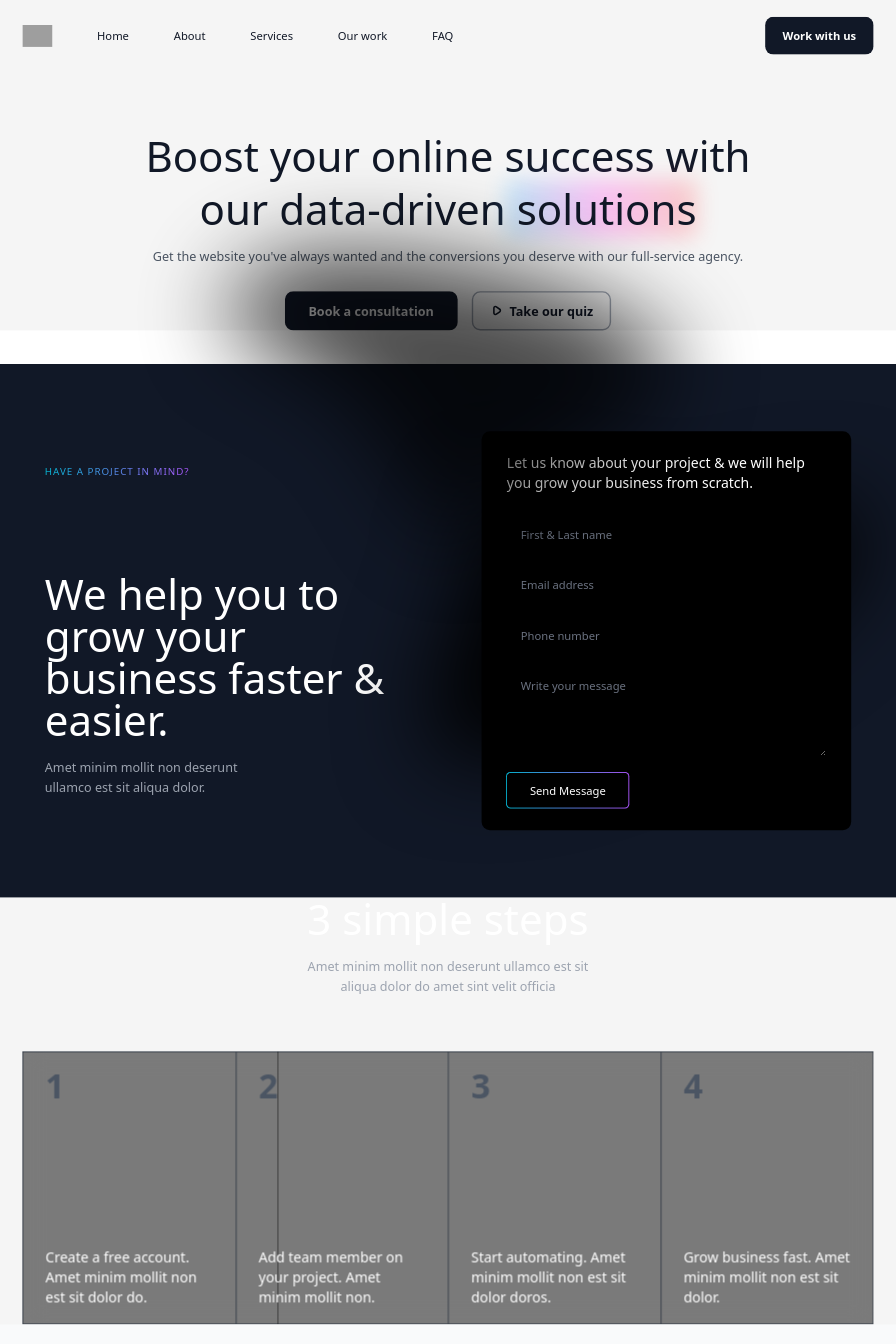
Repository: ornelasedward/mired_website
Page: /
The author's editor kept a copy of each file at every save. The page is drawn from the files as they stood at one save, then again after the next save.
The browser window is 1280 px wide. The pictures show the part of the page from y = 0 to 1920 px (the page is 5665 px tall before and 5693 px after), at 70% of full size.
Pictures or frames that could not be fetched are drawn as grey boxes. The project was rebuilt for these pictures with package versions that can differ from the ones it lists, and the page was loaded fresh each time. The framework's server and built-in components were replaced by stand-ins that run in the browser. Also part of the build but not shown: next.config.js.

Above is the page before, as saved 2023-03-28 07:05:11.

### app/layout.tsx
import "./globals.css";

export const metadata = {
  title: "Create Next App",
  description: "Generated by create next app",
};

export default function RootLayout({
  children,
}: {
  children: React.ReactNode;
}) {
  return (
    <html lang="en" className="bg-[#F5F5F5]">
      <body>{children}</body>
    </html>
  );
}

### app/page.tsx
import Header from "@/components/Header";
import Hero from "@/components/Hero";
import Services from "@/components/Services";
import CTA from "@/components/CTA";
import { Inter } from "next/font/google";
import Testimonial from "@/components/Testimonials";
import FAQ from "@/components/FAQ";
import Contact from "@/components/Contact";
import Footer from "@/components/Footer";

const inter = Inter({ subsets: ["latin"] });

export default function Home() {
  return (
    <main>
      <Hero />
      <Header />
      <Services />
      <CTA />
      <Testimonial />
      <FAQ />
      <Contact />
      <Footer />
    </main>
  );
}

### components/Hero.tsx
import Image from "next/image";
import Link from "next/link";

export default function Hero() {
  return (
    <div className="overflow-x-hidden">
      <header className="py-4 md:py-6" x-data="{expanded: false}">
        <div className="container px-4 mx-auto sm:px-6 lg:px-8">
          <div className="flex items-center justify-between">
            <div className="flex-shrink-0">
              <Link
                href="#"
                title=""
                className="flex rounded outline-none focus:ring-1 focus:ring-gray-900 focus:ring-offset-2"
              >
                <Image
                  className="w-auto h-8"
                  src="https://cdn.rareblocks.xyz/collection/clarity/images/logo.svg"
                  alt=""
                  width="100"
                  height="100"
                />
              </Link>
            </div>

            <div className="flex lg:hidden">
              <button type="button" className="text-gray-900">
                <span x-show="!expanded" aria-hidden="true">
                  <svg
                    className="w-7 h-7"
                    xmlns="http://www.w3.org/2000/svg"
                    fill="none"
                    viewBox="0 0 24 24"
                    stroke="currentColor"
                  >
                    <path
                      stroke-linecap="round"
                      stroke-linejoin="round"
                      stroke-width="1.5"
                      d="M4 6h16M4 12h16M4 18h16"
                    />
                  </svg>
                </span>

                <span x-show="expanded" aria-hidden="true">
                  <svg
                    className="w-7 h-7"
                    xmlns="http://www.w3.org/2000/svg"
                    fill="none"
                    viewBox="0 0 24 24"
                    stroke="currentColor"
                  >
                    <path
                      stroke-linecap="round"
                      stroke-linejoin="round"
                      stroke-width="2"
                      d="M6 18L18 6M6 6l12 12"
                    />
                  </svg>
                </span>
              </button>
            </div>

            <div className="hidden lg:flex lg:ml-16 lg:items-center lg:justify-center lg:space-x-10 xl:space-x-16">
              <Link
                href="#"
                title=""
                className="text-base font-medium text-gray-900 transition-all duration-200 rounded focus:outline-none font-pj hover:text-opacity-50 focus:ring-1 focus:ring-gray-900 focus:ring-offset-2"
              >
                Home
              </Link>

              <Link
                href="#"
                title=""
                className="text-base font-medium text-gray-900 transition-all duration-200 rounded focus:outline-none font-pj hover:text-opacity-50 focus:ring-1 focus:ring-gray-900 focus:ring-offset-2"
              >
                About
              </Link>

              <Link
                href="#"
                title=""
                className="text-base font-medium text-gray-900 transition-all duration-200 rounded focus:outline-none font-pj hover:text-opacity-50 focus:ring-1 focus:ring-gray-900 focus:ring-offset-2"
              >
                Services
              </Link>
              <Link
                href="#"
                title=""
                className="text-base font-medium text-gray-900 transition-all duration-200 rounded focus:outline-none font-pj hover:text-opacity-50 focus:ring-1 focus:ring-gray-900 focus:ring-offset-2"
              >
                Our work
              </Link>
              <Link
                href="#"
                title=""
                className="text-base font-medium text-gray-900 transition-all duration-200 rounded focus:outline-none font-pj hover:text-opacity-50 focus:ring-1 focus:ring-gray-900 focus:ring-offset-2"
              >
                FAQ
              </Link>
            </div>

            <div className="hidden lg:ml-auto lg:flex lg:items-center lg:space-x-10">
              <Link
                href="#"
                title=""
                className="inline-flex items-center justify-center px-6 py-3 text-base font-bold leading-7 text-white transition-all duration-200 bg-gray-900 border border-transparent rounded-xl hover:bg-gray-600 font-pj focus:outline-none focus:ring-2 focus:ring-offset-2 focus:ring-gray-900"
                role="button"
              >
                Work with us
              </Link>
            </div>
          </div>

          {/* <nav x-show="expanded" x-collapse>
            <div className="px-1 py-8">
              <div className="grid gap-y-7">
                <Link
                  href="#"
                  title=""
                  className="flex items-center p-3 -m-3 text-base font-medium text-gray-900 transition-all duration-200 rounded-xl hover:bg-gray-50 focus:outline-none font-pj focus:ring-1 focus:ring-gray-900 focus:ring-offset-2"
                >
                  {" "}
                  Features{" "}
                </Link>

                <Link
                  href="#"
                  title=""
                  className="flex items-center p-3 -m-3 text-base font-medium text-gray-900 transition-all duration-200 rounded-xl hover:bg-gray-50 focus:outline-none font-pj focus:ring-1 focus:ring-gray-900 focus:ring-offset-2"
                >
                  {" "}
                  Pricing{" "}
                </Link>

                <Link
                  href="#"
                  title=""
                  className="flex items-center p-3 -m-3 text-base font-medium text-gray-900 transition-all duration-200 rounded-xl hover:bg-gray-50 focus:outline-none font-pj focus:ring-1 focus:ring-gray-900 focus:ring-offset-2"
                >
                  {" "}
                  Automation{" "}
                </Link>

                <Link
                  href="#"
                  title=""
                  className="flex items-center p-3 -m-3 text-base font-medium text-gray-900 transition-all duration-200 rounded-xl hover:bg-gray-50 focus:outline-none font-pj focus:ring-1 focus:ring-gray-900 focus:ring-offset-2"
                >
                  {" "}
                  Customer Login{" "}
                </Link>

                <Link
                  href="#"
                  title=""
                  className="inline-flex items-center justify-center px-6 py-3 text-base font-bold leading-7 text-white transition-all duration-200 bg-gray-900 border border-transparent rounded-xl hover:bg-gray-600 font-pj focus:outline-none focus:ring-2 focus:ring-offset-2 focus:ring-gray-900"
                  role="button"
                >
                  Sign up
                </Link>
              </div>
            </div>
          </nav> */}
        </div>
      </header>

      <section className="pt-12 sm:pt-16">
        <div className="px-4 mx-auto max-w-7xl sm:px-6 lg:px-8">
          <div className="max-w-4xl mx-auto text-center">
            <div className="flex flex-col gap-4">
              <h1 className="mt-5 text-4xl font-light leading-tight text-gray-900 sm:leading-tight sm:text-5xl lg:text-6xl lg:leading-tight font-pj">
                Boost your online success with our data-driven
                <span className="relative inline-flex sm:inline">
                  <span className="bg-gradient-to-r from-[#44BCFF] via-[#FF44EC] to-[#FF675E] blur-lg filter opacity-30 w-full h-full absolute inset-0"></span>
                  <span className="relative"> solutions </span>
                </span>
              </h1>
              <p className="px-6 text-lg text-gray-600 font-inter">
                Get the website you&apos;ve always wanted and the conversions
                you deserve with our full-service agency.
              </p>
            </div>
            <div className="px-8 sm:items-center sm:justify-center sm:px-0 sm:space-x-5 sm:flex mt-9">
              <Link
                href="#"
                title=""
                className="inline-flex items-center justify-center w-full px-8 py-3 text-lg font-bold text-white transition-all duration-200 bg-gray-900 border-2 border-transparent sm:w-auto rounded-xl font-pj hover:bg-gray-600 focus:outline-none focus:ring-2 focus:ring-offset-2 focus:ring-gray-900"
                role="button"
              >
                Book a consultation
              </Link>

              <Link
                href="#"
                title=""
                className="inline-flex items-center justify-center w-full px-6 py-3 mt-4 text-lg font-bold text-gray-900 transition-all duration-200 border-2 border-gray-400 sm:w-auto sm:mt-0 rounded-xl font-pj focus:outline-none focus:ring-2 focus:ring-offset-2 focus:ring-gray-900 hover:bg-gray-900 focus:bg-gray-900 hover:text-white focus:text-white hover:border-gray-900 focus:border-gray-900"
                role="button"
              >
                <svg
                  className="w-5 h-5 mr-2"
                  viewBox="0 0 18 18"
                  fill="none"
                  stroke="currentColor"
                  xmlns="http://www.w3.org/2000/svg"
                >
                  <path
                    d="M8.18003 13.4261C6.8586 14.3918 5 13.448 5 11.8113V5.43865C5 3.80198 6.8586 2.85821 8.18003 3.82387L12.5403 7.01022C13.6336 7.80916 13.6336 9.44084 12.5403 10.2398L8.18003 13.4261Z"
                    stroke-width="2"
                    stroke-miterlimit="10"
                    stroke-linecap="round"
                    stroke-linejoin="round"
                  />
                </svg>
                Take our quiz
              </Link>
            </div>
          </div>
        </div>

        <div className="pb-12 bg-white">
          <div className="relative">
            <div className="absolute inset-0 h-2/3 bg-gray-50"></div>
            <div className="relative mx-auto">
              <div className="lg:max-w-6xl lg:mx-auto">
                {/* <Image
                  className="transform scale-110"
                  src="https://cdn.rareblocks.xyz/collection/clarity/images/hero/2/illustration.png"
                  alt=""
                  width="100"
                  height="100"
                /> */}
              </div>
            </div>
          </div>
        </div>
      </section>
    </div>
  );
}

### components/Services.tsx
import Image from "next/image";

export default function Services() {
  return (
    <div>
      <div className="absolute transform -translate-x-1/2 translate-y-full bottom-1/2 left-1/2">
        <svg
          className="blur-3xl filter opacity-70"
          style={{ filter: "blur(64px)" }}
          width="643"
          height="408"
          fill="none"
          xmlns="http://www.w3.org/2000/svg"
        >
          <path
            d="M183.151 216.787C86.498 123.868-62.309 137.493 30.03 41.445c92.337-96.049 494.126-6.876 590.779 86.043 96.652 92.919-148.432 154.396-240.769 250.445-92.338 96.048-100.237-68.228-196.889-161.146Z"
            fill="url(#a)"
          />
          <defs>
            <linearGradient
              id="a"
              x1="663.766"
              y1="168.785"
              x2="303.65"
              y2="469.667"
              gradientUnits="userSpaceOnUse"
            >
              <stop
                offset="0%"
                style={{ stopColor: "var(--color-cyan-500)" }}
              />
              <stop
                offset="100%"
                style={{ stopColor: "var(--color-purple-500)" }}
              />
            </linearGradient>
          </defs>
        </svg>
      </div>

      <div className="absolute inset-0">
        {/* <Image className="object-cover w-full h-full opacity-50" src="https://landingfoliocom.imgix.net/store/collection/dusk/images/noise.png" alt="" width="100" height="100"> */}
      </div>

      <div className="relative px-4 mx-auto sm:px-6 lg:px-8 max-w-7xl">
        <div className="max-w-md mx-auto text-center">
          <h2 className="text-3xl font-normal text-white sm:text-4xl lg:text-5xl xl:text-6xl">
            3 simple steps
          </h2>
          <p className="mt-6 text-lg font-normal text-gray-400">
            Amet minim mollit non deserunt ullamco est sit aliqua dolor do amet
            sint velit officia
          </p>
        </div>

        <div className="grid grid-cols-1 mt-12 bg-black bg-opacity-50 border border-gray-800 sm:grid-cols-2 lg:grid-cols-4 sm:mt-16 lg:mt-20 backdrop-blur-lg">
          <div className="">
            <div className="p-6 sm:px-8">
              <p className="text-5xl font-semibold text-gray-600">1</p>
              <p className="mt-12 text-xl font-normal text-white lg:mt-32 xl:mt-52">
                Create a free account. Amet minim mollit non est sit dolor do.
              </p>
            </div>
          </div>

          <div className="border-t border-gray-800 sm:border-t-0 sm:border-l">
            <div className="p-6 sm:px-8">
              <p className="text-5xl font-semibold text-gray-600">2</p>
              <p className="mt-12 text-xl font-normal text-white lg:mt-32 xl:mt-52">
                Add team member on your project. Amet minim mollit non.
              </p>
            </div>
          </div>

          <div className="border-t border-gray-800 lg:border-t-0 lg:border-l">
            <div className="p-6 sm:px-8">
              <p className="text-5xl font-semibold text-gray-600">3</p>
              <p className="mt-12 text-xl font-normal text-white lg:mt-32 xl:mt-52">
                Start automating. Amet minim mollit non est sit dolor doros.
              </p>
            </div>
          </div>

          <div className="border-t border-l border-gray-800 lg:border-t-0">
            <div className="p-6 sm:px-8">
              <p className="text-5xl font-semibold text-gray-600">4</p>
              <p className="mt-12 text-xl font-normal text-white lg:mt-32 xl:mt-52">
                Grow business fast. Amet minim mollit non est sit dolor.
              </p>
            </div>
          </div>
        </div>
      </div>
    </div>
  );
}

### components/Footer.tsx
export default function Footer() {
  return (
    <div>
      <footer className="py-12 bg-gray-50 sm:pt-16 lg:pt-20">
        <div className="px-4 mx-auto sm:px-6 lg:px-8 max-w-7xl">
          <div className="flex flex-wrap items-start md:justify-between gap-y-12 gap-x-24 md:gap-x-12">
            <div className="w-full lg:w-64 xl:w-full xl:max-w-xs">
              <a href="#" title="" className="flex">
                {/* <img
                  className="w-auto h-8"
                  src="https://landingfoliocom.imgix.net/store/collection/saasui/images/logo.svg"
                  alt=""
                /> */}
              </a>

              <p className="mt-8 text-base font-normal text-gray-500">
                Clarity gives you the blocks and components you need to create a
                truly professional website.
              </p>
            </div>

            <div>
              <p className="text-xs font-semibold tracking-widest text-gray-400 uppercase">
                Company
              </p>

              <ul className="mt-8 space-y-5">
                <li>
                  <a
                    href="#"
                    title=""
                    className="inline-flex text-base font-medium text-gray-900 transition-all duration-200 hover:translate-x-1 hover:text-blue-600"
                  >
                    {" "}
                    About{" "}
                  </a>
                </li>

                <li>
                  <a
                    href="#"
                    title=""
                    className="inline-flex text-base font-medium text-gray-900 transition-all duration-200 hover:translate-x-1 hover:text-blue-600"
                  >
                    {" "}
                    Features{" "}
                  </a>
                </li>

                <li>
                  <a
                    href="#"
                    title=""
                    className="inline-flex text-base font-medium text-gray-900 transition-all duration-200 hover:translate-x-1 hover:text-blue-600"
                  >
                    {" "}
                    Works{" "}
                  </a>
                </li>

                <li>
                  <a
                    href="#"
                    title=""
                    className="inline-flex text-base font-medium text-gray-900 transition-all duration-200 hover:translate-x-1 hover:text-blue-600"
                  >
                    {" "}
                    Career{" "}
                  </a>
                </li>
              </ul>
            </div>

            <div>
              <p className="text-xs font-semibold tracking-widest text-gray-400 uppercase">
                Help
              </p>

              <ul className="mt-8 space-y-5">
                <li>
                  <a
                    href="#"
                    title=""
                    className="inline-flex text-base font-medium text-gray-900 transition-all duration-200 hover:translate-x-1 hover:text-blue-600"
                  >
                    {" "}
                    Customer Support{" "}
                  </a>
                </li>

                <li>
                  <a
                    href="#"
                    title=""
                    className="inline-flex text-base font-medium text-gray-900 transition-all duration-200 hover:translate-x-1 hover:text-blue-600"
                  >
                    {" "}
                    Delivery Details{" "}
                  </a>
                </li>

                <li>
                  <a
                    href="#"
                    title=""
                    className="inline-flex text-base font-medium text-gray-900 transition-all duration-200 hover:translate-x-1 hover:text-blue-600"
                  >
                    {" "}
                    Terms & Conditions{" "}
                  </a>
                </li>

                <li>
                  <a
                    href="#"
                    title=""
                    className="inline-flex text-base font-medium text-gray-900 transition-all duration-200 hover:translate-x-1 hover:text-blue-600"
                  >
                    {" "}
                    Privacy Policy{" "}
                  </a>
                </li>
              </ul>
            </div>

            <div className="w-full md:max-w-xs">
              <p className="text-xs font-semibold tracking-widest text-gray-400 uppercase">
                Newsletter
              </p>
            </div>
            <form action="#" method="POST" className="mt-5 space-y-4">
              <div>
                <label htmlFor="email" className="sr-only">
                  Email address
                </label>
                <input
                  type="email"
                  name="email"
                  id="email"
                  placeholder="Enter your email address"
                  className="block w-full px-4 py-4 text-base text-gray-900 border border-gray-200 rounded-xl bg-gray-50 focus:bg-white focus:outline-none focus:border-blue-600 focus:ring-1 focus:ring-blue-600"
                />
              </div>
              <button
                type="submit"
                className="inline-flex items-center justify-center w-full px-6 py-4 text-base font-medium text-white transition-all duration-200 bg-blue-600 border border-transparent rounded-xl hover:bg-blue-700 focus:outline-none focus:ring-2 focus:ring-offset-2 focus:ring-blue-700"
              >
                Subscribe Now
              </button>
            </form>
          </div>
        </div>
      </footer>
    </div>
  );
}

Loaded but not shown: app/globals.css (common file); tailwind.config.js (common file); components/Testimonials.tsx (263 lines, source omitted); components/FAQ.tsx (278 lines, source omitted); components/Contact.tsx (169 lines, source omitted); components/CTA.tsx (172 lines, source omitted); components/Header.tsx (154 lines, source omitted)

After the next save:
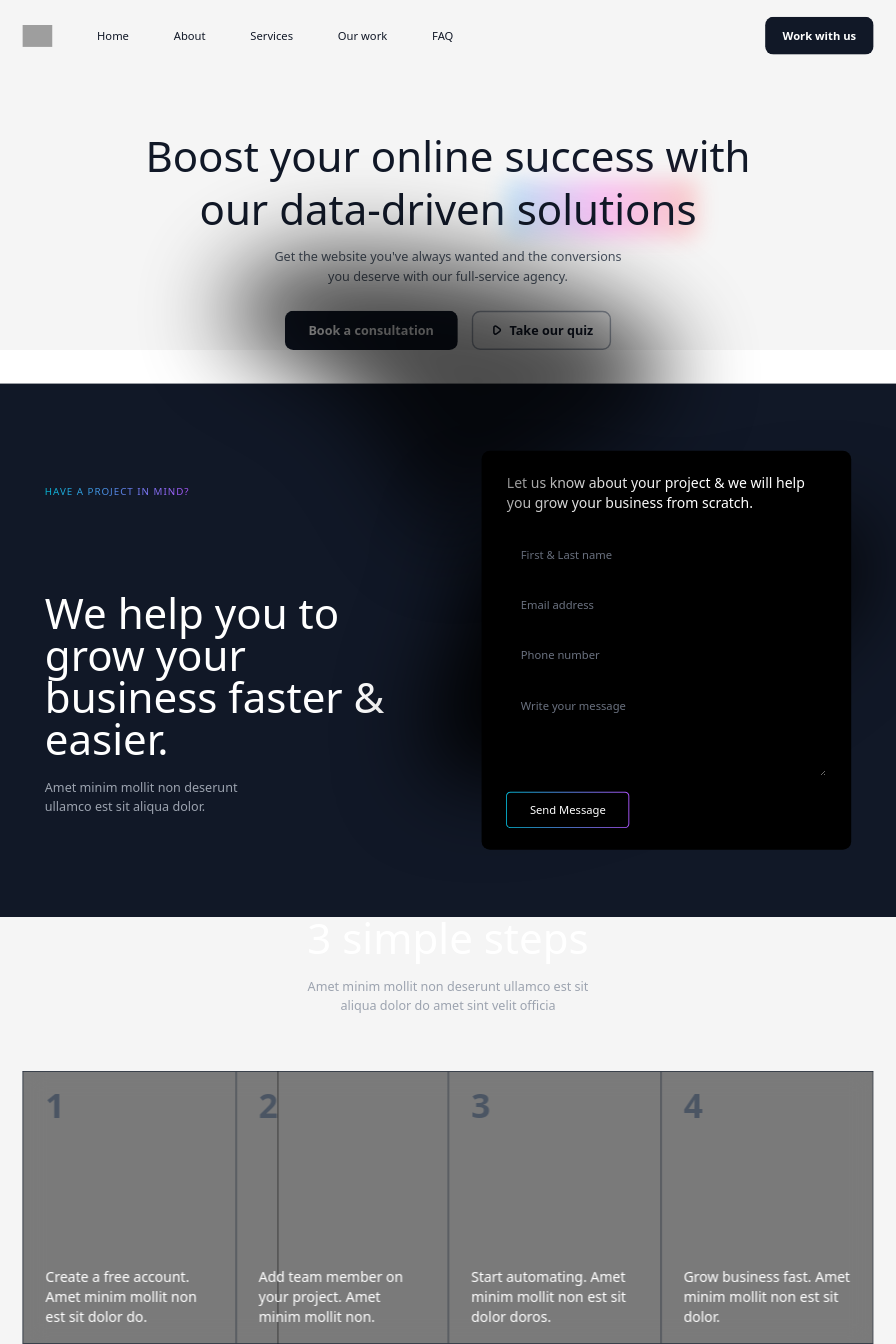
Saved 23 s later.
--- a/components/Hero.tsx
+++ b/components/Hero.tsx
@@ -178,7 +178,8 @@
                 </span>
               </h1>
               <p className="px-6 text-lg text-gray-600 font-inter">
-                Get the website you&apos;ve always wanted and the conversions
+                Get the website you&apos;ve always wanted and the conversions{" "}
+                <br />
                 you deserve with our full-service agency.
               </p>
             </div>
